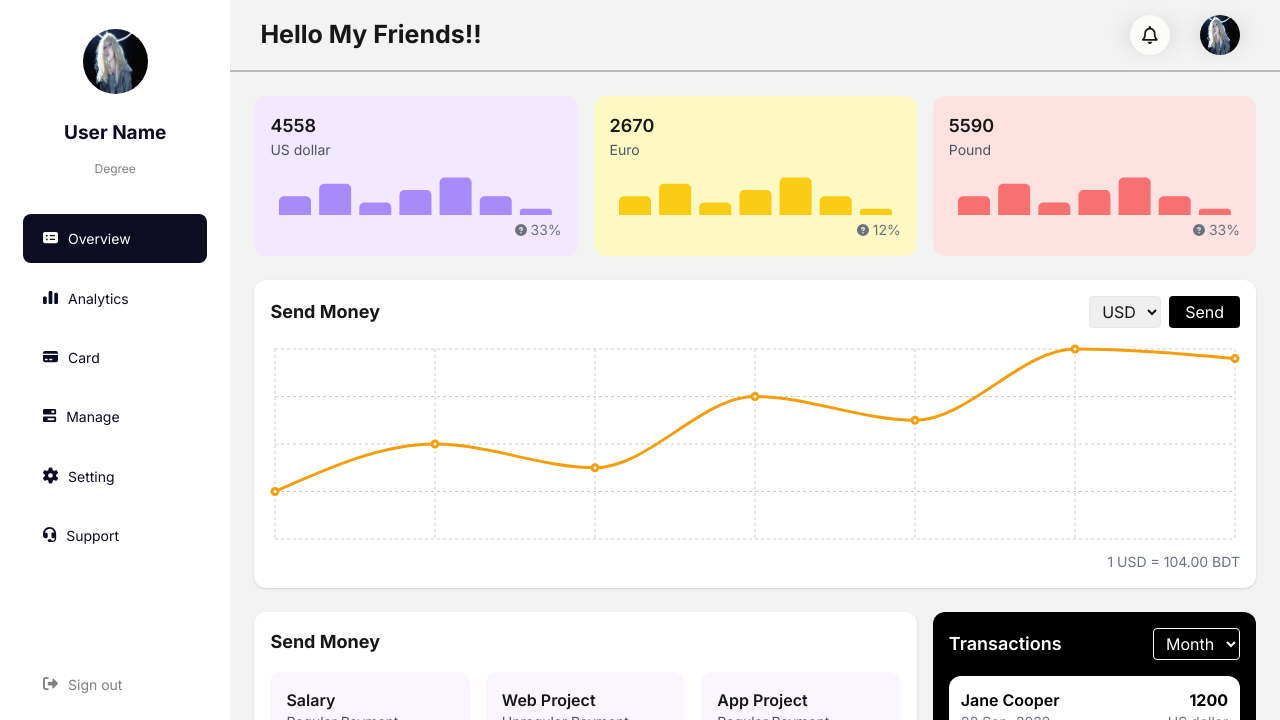
Repository: conGaStuer/airdropmamager
Page: /
The author's editor kept a copy of each file at every save. The page is drawn from the files as they stood at one save, then again after the next save.
The browser window is 1280 px wide. The pictures show the whole page.
An inner scrolling area shows only its first screen. The project was rebuilt for these pictures with package versions that can differ from the ones it lists, and the page was loaded fresh each time. The framework's server and built-in components were replaced by stand-ins that run in the browser. Also part of the build but not shown: next.config.ts.

Above is the page before, as saved 2025-05-26 19:18:32.

After the next save:
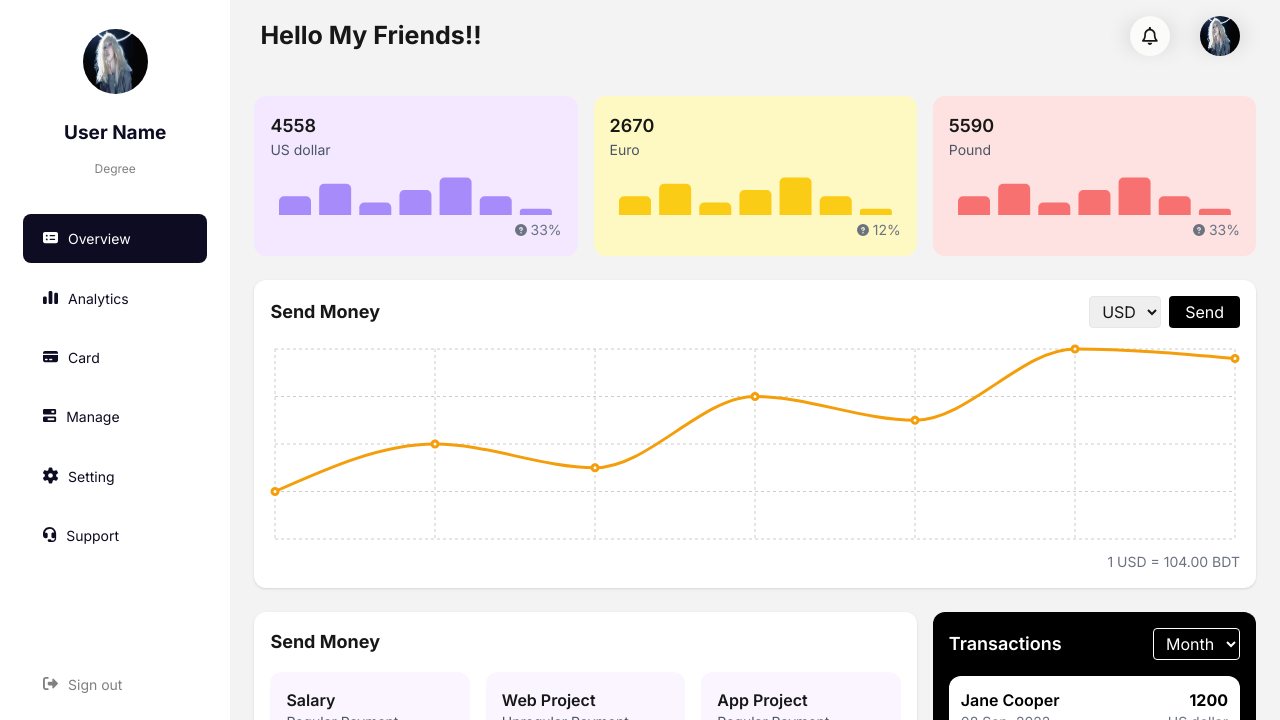
Saved 6 s later.
--- a/src/styles/navbar.scss
+++ b/src/styles/navbar.scss
@@ -20,7 +20,7 @@
   @include center-div();
   padding-left: 30px;
   padding-right: 40px;
-  border-bottom: 2px solid rgb(187, 184, 184);
+  border-bottom: 2px blur rgb(187, 184, 184);
   p {
     font-size: 25px;
     font-weight: bold;

After the save that followed:
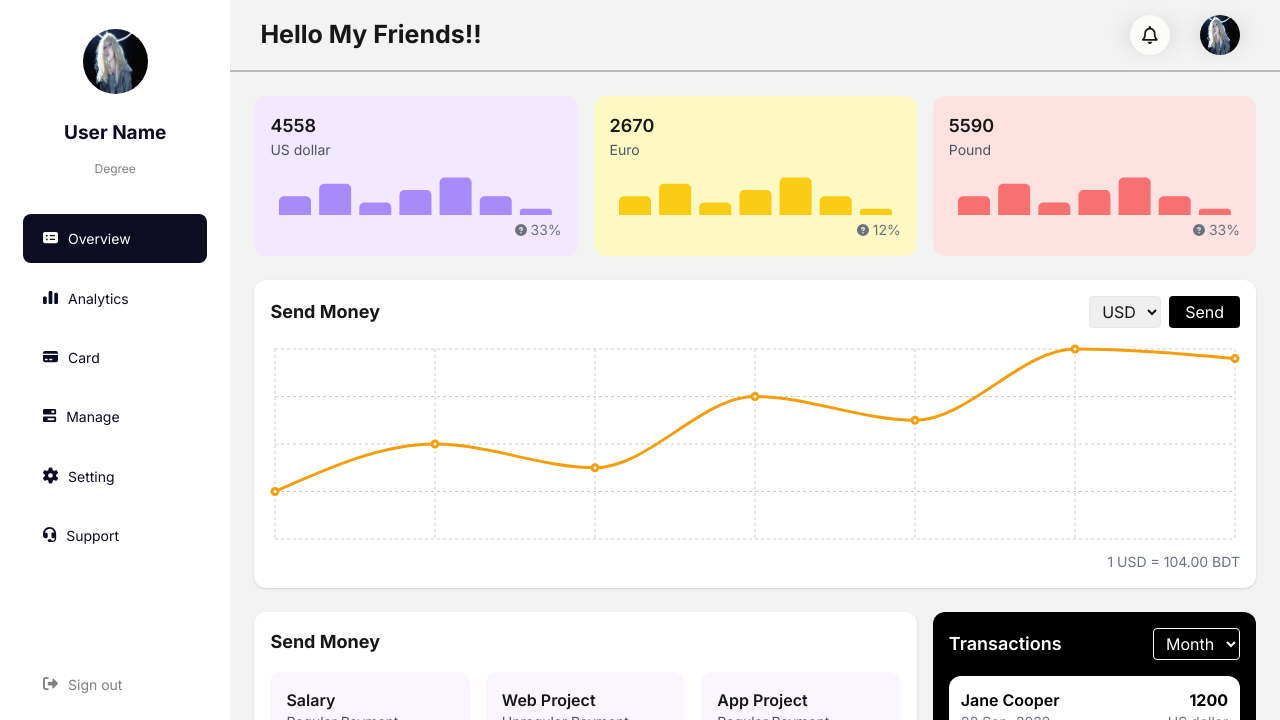
Saved 4 s later.
--- a/src/styles/navbar.scss
+++ b/src/styles/navbar.scss
@@ -20,7 +20,7 @@
   @include center-div();
   padding-left: 30px;
   padding-right: 40px;
-  border-bottom: 2px blur rgb(187, 184, 184);
+  border-bottom: 2px solid rgb(187, 184, 184);
   p {
     font-size: 25px;
     font-weight: bold;
